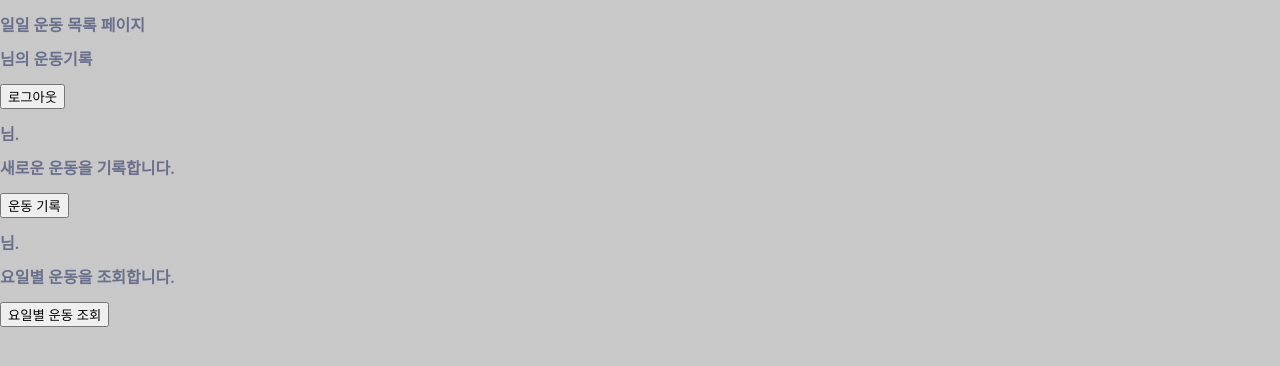
Repository: Up-Min/hrdkorea
Page: http://localhost/jsp_workout/main.jsp
The author's editor kept a copy of each file at every save. The page is drawn from the files as they stood at one save, then again after the next save.
The browser window is 1280 px wide. The pictures show the whole page.
The page is served by Tomcat 9. The template is opened directly, without the code that normally fills it, so the values that code supplies are empty.

Above is the page before, as saved 2022-12-31 01:37:21.

After the next save:
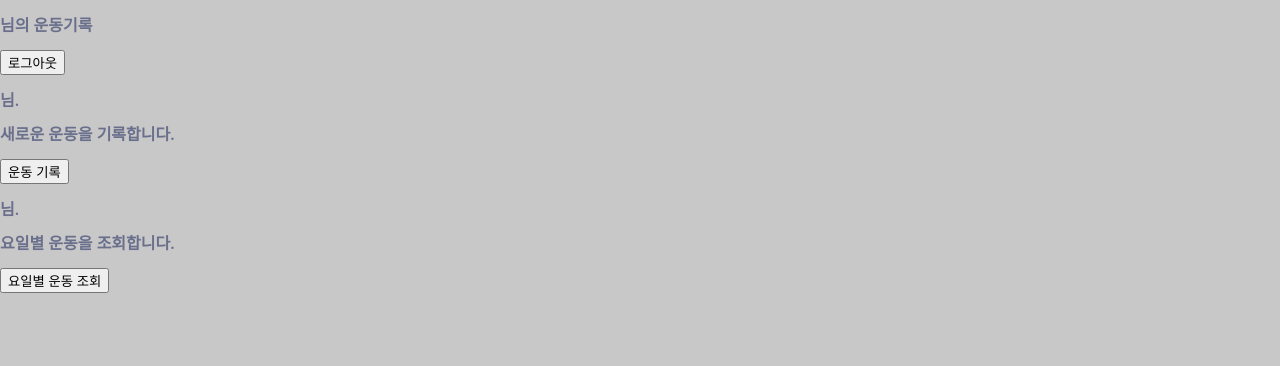
Saved 2 min 46 s later.
--- a/jsp_workout/src/main/webapp/main.jsp
+++ b/jsp_workout/src/main/webapp/main.jsp
@@ -24,8 +24,10 @@ List<workout> list6 = (List)request.getAttribute("wklist5");
 <link rel="stylesheet" href="./css/style.css" />
 </head>
 <body>
+	<div class="All">
+
+	</div>
 	<div class="title">
-		<p>일일 운동 목록 페이지</p>
 		<p>${id}님의 운동기록</p>
 	</div>
 
@@ -187,6 +189,11 @@ List<workout> list6 = (List)request.getAttribute("wklist5");
 
 
 	<%-- 	<form action="tolist" method="post">
+
+
+
+
+
 		<input type="hidden" name="id" value="${id}"> <input
 			type="hidden" name="num" value="${num}">
 		<p>회원아이디 ${id} 님.
